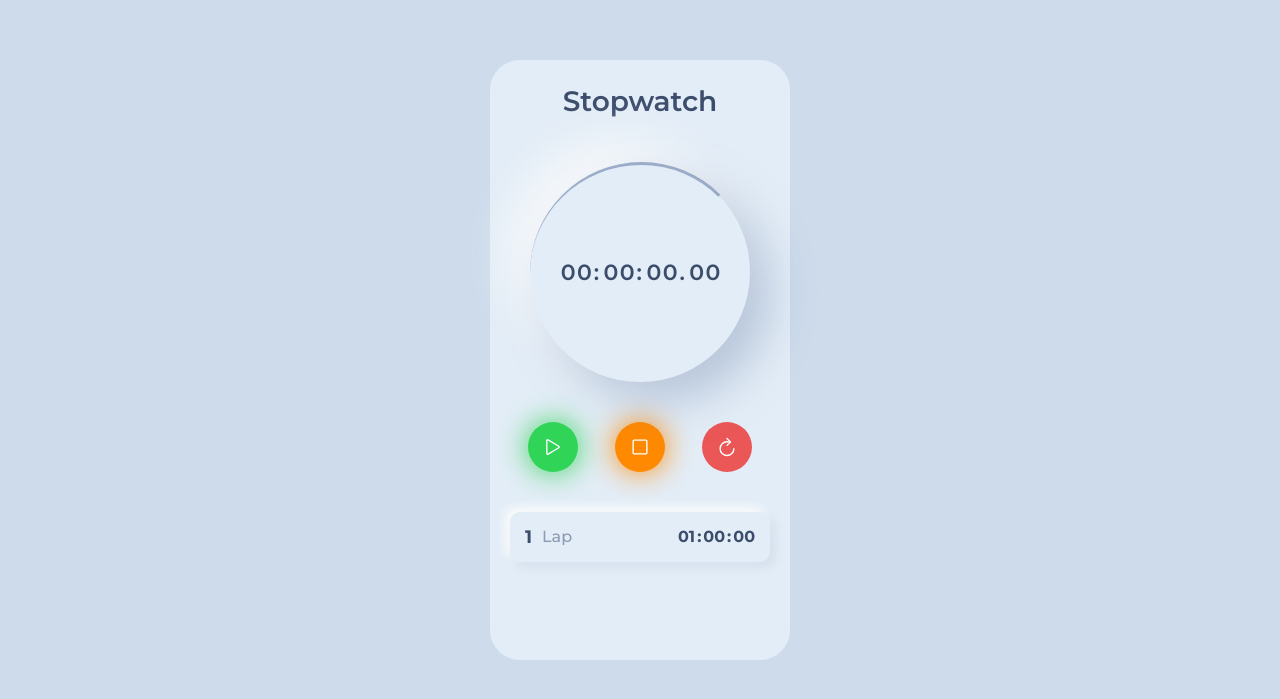
Repository: dinhtri123/stopwatch
Page: index.html
The author's editor kept a copy of each file at every save. The page is drawn from the files as they stood at one save, then again after a run of saves.
The browser window is 1280 px wide. The pictures show the whole page.

Above is the page before, as saved 2023-01-05 09:51:02.

### index.html
<!DOCTYPE html>
<html lang="en">
  <head>
    <meta charset="UTF-8" />
    <meta http-equiv="X-UA-Compatible" content="IE=edge" />
    <meta name="viewport" content="width=device-width, initial-scale=1.0" />
    <script
      type="module"
      src="https://unpkg.com/ionicons@5.5.2/dist/ionicons/ionicons.esm.js"
    ></script>
    <script
      nomodule
      src="https://unpkg.com/ionicons@5.5.2/dist/ionicons/ionicons.js"
    ></script>
    <title>Stop Watch</title>
    <link rel="stylesheet" href="style.css" />
  </head>
  <body>
    <div class="wrapper">
      <h3>Stopwatch</h3>
      <div class="timer">
        <p class="hours">00</p>
        <span>:</span>
        <p class="minutes">00</p>
        <span>:</span>
        <p class="seconds">00</p>
        <span>.</span>
        <p class="milis">00</p>
      </div>
      <div class="btn">
        <button class="btn-start">
          <ion-icon name="play-outline"></ion-icon>
        </button>
        <button class="btn-stop" disabled>
          <ion-icon name="stop-outline"></ion-icon>
        </button>
        <button class="btn-reset">
          <ion-icon name="refresh-outline"></ion-icon>
        </button>
      </div>
      <div class="history">
        <div class="lap">
          <div class="number-lap">
            <p>1</p>
            <span>Lap</span>
          </div>
          <div class="timer-lap">
            <p>01</p>
            <span>:</span>
            <p>00</p>
            <span>:</span>
            <p>00</p>
          </div>
        </div>
      </div>
    </div>
  </body>
  <script src="index.js"></script>
</html>

### style.css
@import url("https://fonts.googleapis.com/css2?family=Montserrat:wght@400;500;600;700&display=swap");
* {
  margin: 0;
  padding: 0;
  box-sizing: border-box;
  font-family: "Montserrat", sans-serif;
}
body {
  width: 100%;
  min-height: 100vh;
  height: 100%;
  font-size: 16px;
  line-height: 1.5;
  font-weight: 400;
  background-color: #cddbeb;
  display: flex;
  justify-content: center;
  align-items: center;
}
.wrapper {
  width: 300px;
  height: 600px;
  border-radius: 30px;
  background: #e3edf7;
  padding: 20px;
  display: flex;
  flex-direction: column;
  justify-content: flex-start;
  align-items: center;
  gap: 40px;
}
h3 {
  font-size: 28px;
  color: #3c4c6b;
  text-align: center;
  font-weight: 600;
}
.timer {
  background-color: #e3edf7;
  width: 220px;
  height: 220px;
  border-radius: 50%;
  display: flex;
  justify-content: center;
  align-items: center;
  gap: 3px;
  box-shadow: 20px 20px 45px #6a80a85d, -20px -20px 45px #fbfbfbd9;
  font-size: 22px;
  font-weight: 600;
  color: #3c4c6b;
  letter-spacing: 1.5px;
  position: relative;
}
.timer > p {
  width: 30px;
}
.timer::before {
  content: "";
  position: absolute;
  inset: 0;
  width: 220px;
  height: 220px;
  border-radius: 50%;
  border-top: 3px solid #6a80a899;
  border-right: 3px solid transparent;
  animation: during 1s linear infinite;
}
@keyframes during {
  to {
    transform: rotate(360deg);
  }
}

.btn {
  width: 100%;
  display: flex;
  justify-content: space-around;
}
button {
  background-color: #e3edf7;
  border: none;
  outline: none;
  border-radius: 50%;
  width: 50px;
  height: 50px;
  font-weight: 700;
  color: #3c4c6b;

  cursor: pointer;
  font-size: 22px;
  display: flex;
  justify-content: center;
  align-items: center;
  color: white;
}
.btn-start {
  background: #30d457;
  /* box-shadow: 5px 5px 10px #30d4569d, -5px -5px 10px #fbfbfbb6; */
  box-shadow: 0px 0px 30px #30d456fd;
}
.btn-stop {
  background: #ff8900;
  box-shadow: 0px 0px 30px #ff8900;
  user-select: none;
  cursor: not-allowed;
}
.btn-reset {
  background-color: #eb5757;
}

.history {
  width: 100%;
  display: flex;
  flex-direction: column;
  gap: 20px;
}
.lap {
  width: 100%;
  height: 50px;
  background-color: #e3edf7;
  border-radius: 10px;
  box-shadow: 5px 5px 10px #6a80a81e, -5px -5px 10px #fbfbfb;
  display: flex;
  justify-content: space-between;
  align-items: center;
  padding: 10px 15px;
}
.number-lap {
  display: flex;
  align-items: center;
  gap: 10px;
}
.number-lap > p {
  font-size: 18px;
  font-weight: 700;
  color: #3c4c6b;
}
.number-lap > span {
  font-weight: 500;
  color: #8c9bb2;
}
.timer-lap {
  display: flex;
  gap: 2px;
  color: #3c4c6b;
  font-weight: 700;
  letter-spacing: 1.5;
}

### index.js
const btnStart = document.querySelector(".btn-start");
const seconds = document.querySelector(".seconds");
const minutes = document.querySelector(".minutes");
const hours = document.querySelector(".hours");
const miliseconds = document.querySelector(".milis");

btnStart.addEventListener("click", function () {
  let milis = 0;
  let sec = 0;
  let min = 0;
  let hrs = 0;
  let interval = setInterval(() => {
    milis++;
    let timerMilis = milis < 10 ? "0" + milis : milis;
    miliseconds.textContent = timerMilis > 99 ? (milis = "0" + 0) : timerMilis;
    if (timerMilis === 100) {
      sec++;
      let timer = sec < 10 ? "0" + sec : sec;
      seconds.textContent = timer > 59 ? (sec = "0" + 0) : timer;
      if (timer === 60) {
        min++;
        let timerMin = min < 10 ? "0" + min : min;
        if (min === 60) {
          hrs++;
          hours.textContent = hrs < 10 ? "0" + hrs : hrs;
        }
        minutes.textContent = timerMin > 59 ? (min = "0" + 0) : timerMin;
      }
    }
  }, 10);

  // change text btn
  btnStart.textContent = "Pause";
  if (btnStart.textContent === "Pause") {
    clearInterval(interval);

  }
});

After the next 3 saves:
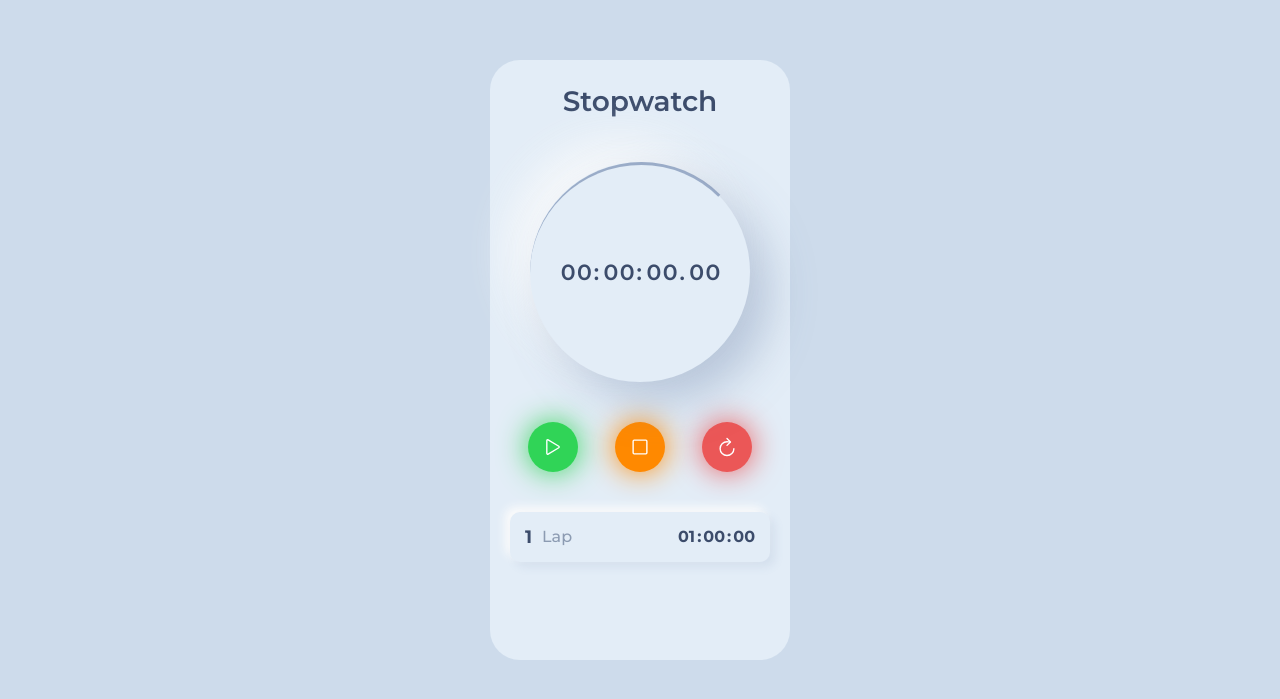
The 3 saves are shown as one change because they came seconds apart.
The last was saved 11 s later.
--- a/style.css
+++ b/style.css
@@ -106,6 +106,9 @@ button {
 }
 .btn-reset {
   background-color: #eb5757;
+  box-shadow: 0px 0px 30px #eb5757;
+
+
 }
 
 .history {
